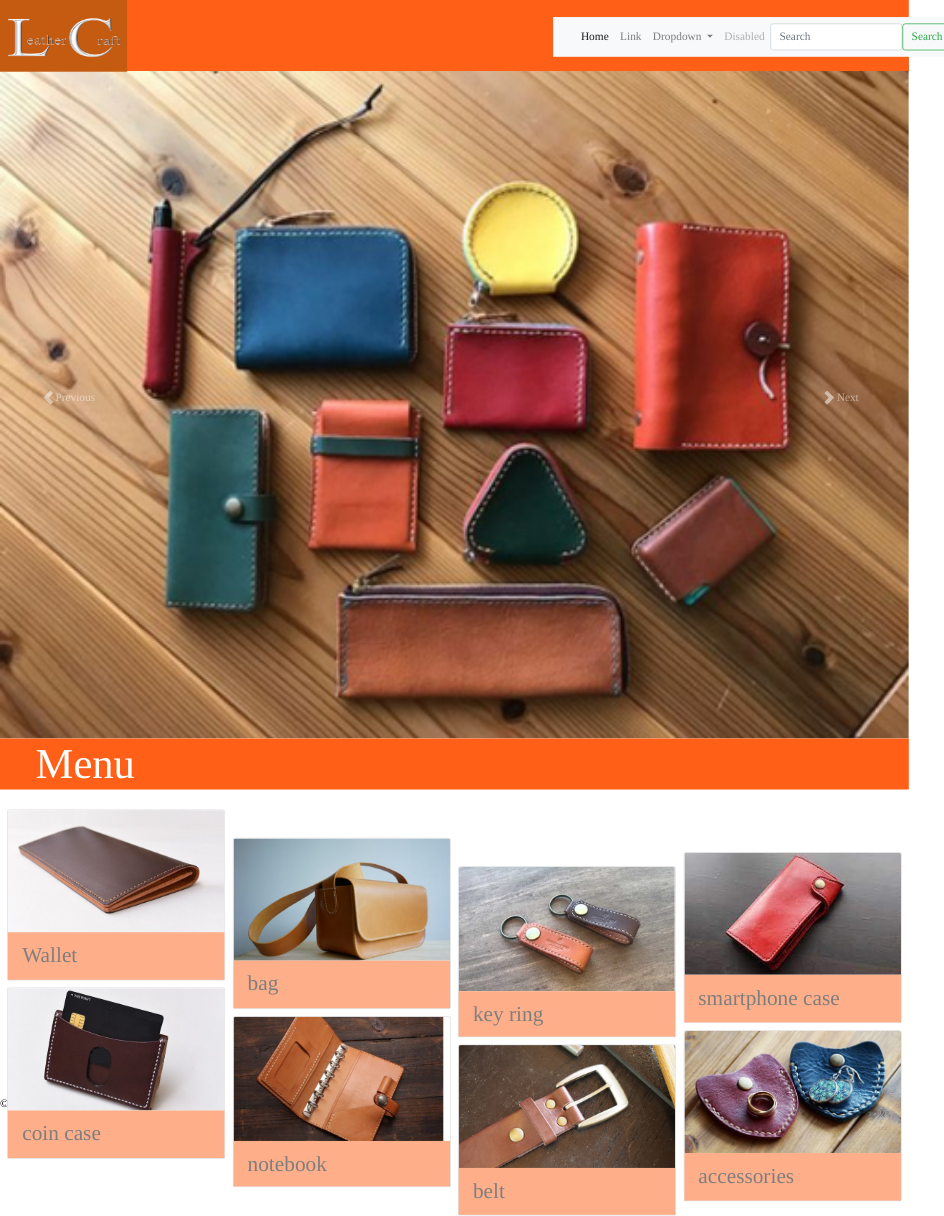
Repository: Ossan-gon/leatercraft
Page: index/indexx.html
The author's editor kept a record of every edit. The page is drawn from the files as they stood at one moment, then again after the next edit.
The browser window is 1280 px wide. The page is 1330 px wide, so the pictures cover 1330 px, including what lies to the right of the window. The pictures show the whole page, at 71% of full size.
Some web libraries are served in a nearby version.

Above is the page before.

### index/indexx.html
<!DOCTYPE html>
<html lang="ja">
<head>
    <meta charset="UTF-8">
    <meta name="viewport" content="width=device-width, initial-scale=1.0">
    <meta http-equiv="X-UA-Compatible" content="ie=edge">
    <title>leathercraft</title>
    <link rel="stylesheet" href="https://stackpath.bootstrapcdn.com/bootstrap/4.2.1/css/bootstrap.min.css" integrity="sha384-GJzZqFGwb1QTTN6wy59ffF1BuGJpLSa9DkKMp0DgiMDm4iYMj70gZWKYbI706tWS" crossorigin="anonymous">
    <link rel="stylesheet" href="./../stylesheet/style.css">
</head>
<body>
    <header id="h_r">
        <img class="h_l" src="./../images/logo.png"></img>  <nav class="h_n" class="navbar navbar-expand-lg navbar-light bg-light">
  　     <nav class="navbar navbar-expand-lg navbar-light bg-light">
           <div class="container-fluid">
            <button class="navbar-toggler" type="button" data-bs-toggle="collapse" data-bs-target="#navbarSupportedContent" aria-controls="navbarSupportedContent" aria-expanded="false" aria-label="Toggle navigation">
              <span class="navbar-toggler-icon"></span>
            </button>
           <div class="collapse navbar-collapse" id="navbarSupportedContent">
           <ul class="navbar-nav me-auto mb-2 mb-lg-0">
            <li class="nav-item">
             <a class="nav-link active" aria-current="page" href="#">Home</a>
            </li>
            <li class="nav-item">
             <a class="nav-link" href="#">Link</a>
            </li>
            <li class="nav-item dropdown">
              <a class="nav-link dropdown-toggle" href="#" id="navbarDropdown" role="button" data-bs-toggle="dropdown" aria-expanded="false">
              Dropdown
              </a>
             <ul class="dropdown-menu" aria-labelledby="navbarDropdown">
               <li><a class="dropdown-item" href="#">Action</a></li>
               <li><a class="dropdown-item" href="#">Another action</a></li>
               <li><hr class="dropdown-divider"></li>
               <li><a class="dropdown-item" href="#">Something else here</a></li>
            </ul>
            </li>
            <li class="nav-item">
             <a class="nav-link disabled" href="#" tabindex="-1" aria-disabled="true">Disabled</a>
            </li>
           </ul>
           <form class="d-flex">
            <input class="form-control me-2" type="search" placeholder="Search" aria-label="Search">
            <button class="btn btn-outline-success" type="submit">Search</button>
           </form>
          </div>
          </div>
        </nav>
    </header>
    <div id="carouselExampleFade" class="carousel slide carousel-fade" class="slide" data-bs-ride="carousel">
         <div class="carousel-inner">
            <div class="carousel-item active">
              <img src="./../images/leather_1.png" class="d-block w-100" alt="leather1">
            </div>
            <div class="carousel-item">
              <img src="./../images/leather_2.png" class="d-block w-100" alt="leather2">
            </div>
            <div class="carousel-item">
              <img src="./../images/leather_3.png" class="d-block w-100" alt="leather3">
            </div>
         </div>
            <a class="carousel-control-prev" href="#carouselExampleFade" role="button" data-bs-slide="prev">
            <span class="carousel-control-prev-icon" aria-hidden="true"></span>
            <span class="visually-hidden">Previous</span>
            </a>
            <a class="carousel-control-next" href="#carouselExampleFade" role="button" data-bs-slide="next">
            <span class="carousel-control-next-icon" aria-hidden="true"></span>
            <span class="visually-hidden">Next</span>
            </a>
    </div>
    <section id="menu">
        <div class="m_h">
            <h1>Menu</h1>
        </div>
        <div id="card_set">
            <div class="card" style="width: 18rem;">
              <img src="./../images/wallet.png" class="card-img-top" alt="wallet">
              <div class="card-body">
                <p class="card-text">Wallet</p>
              </div>
            </div>
            <div class="card" style="width: 18rem;">
              <img src="./../images/bag.png" class="card-img-top" alt="bag">
              <div class="card-body">
                <p class="card-text">bag</p>
              </div>
            </div>
            <div class="card" style="width: 18rem;">
              <img src="./../images/keyring.png" class="card-img-top" alt="key_ring">
              <div class="card-body">
                <p class="card-text">key ring</p>
              </div>
            </div>
            <div class="card" style="width: 18rem;">
              <img src="./../images/smartphonecase.png" class="card-img-top" alt="smartphone_case">
              <div class="card-body">
                <p class="card-text">smartphone case</p>
              </div>
            </div>
            <div class="card" style="width: 18rem;">
              <img src="./../images/coincase.png" class="card-img-top" alt="coin_case">
              <div class="card-body">
                <p class="card-text">coin case</p>
              </div>
            </div>
            <div class="card" style="width: 18rem;">
              <img src="./../images/notebook.png" class="card-img-top" alt="notebook">
              <div class="card-body">
                <p class="card-text">notebook</p>
              </div>
            </div>
            <div class="card" style="width: 18rem;">
              <img src="./../images/belt.png" class="card-img-top" alt="belt">
              <div class="card-body">
                <p class="card-text">belt</p>
              </div>
            </div>
            <div class="card" style="width: 18rem;">
              <img src="./../images/accessories.png" class="card-img-top" alt="accessories">
              <div class="card-body">
                <p class="card-text">accessories</p>
              </div>
            </div>
        </div>
    </section>
    <footer id="footer">
        <p>&copy; LeatherCraft</p>
    </footer>
    <script src="https://cdn.jsdelivr.net/npm/@popperjs/core@2.5.4/dist/umd/popper.min.js" integrity="sha384-q2kxQ16AaE6UbzuKqyBE9/u/KzioAlnx2maXQHiDX9d4/zp8Ok3f+M7DPm+Ib6IU" crossorigin="anonymous"></script>
    <script src="https://cdn.jsdelivr.net/npm/bootstrap@5.0.0-beta1/dist/js/bootstrap.min.js" integrity="sha384-pQQkAEnwaBkjpqZ8RU1fF1AKtTcHJwFl3pblpTlHXybJjHpMYo79HY3hIi4NKxyj" crossorigin="anonymous"></script>
    <script src="./../script/script.js"></script>
</body>
</html>

### stylesheet/style.css
@charset "UTF-8";

/*----------------------html------------------------------*/
html {
    /*==============スクロールの記述=========================*/
    scroll-behavior  : smooth;
}

/*----------------------body------------------------------*/
body {
    margin           : 0;
    padding          : 0;
    font-family      : "Times","helvetica neue", "YuGothic", "ヒラギノ角ゴ pron w3", "Hiragino Kaku Gothic ProN", "Arial", "メイリオ", "Meiryo", "sans-serif";
    font-size        : 1rem;
    line-height      : 150%;
    color            : #000;
    background       : #fff;
}

#h_r {
    position         : fixed;
    background-color : #ff5f17;
    height           : 100px;
    width            : 100%;
    z-index          : 500;
    display          : flex;
}

.h_l {
    width            : 14vw;
    height           : 14vh;
}

#h_r nav {
    position         : relative;
    left             : 300px;
}
/*-----------------------slide----------------------------*/
.slide {
    position         : relative;
    top              : 80px;
}

/*----------------------Menu-------------------------------*/
#menu {
    position         : relative;
    top              : 100px;
}

.m_h {
    background       : #ff5f17;
    position         : relative;
    top              : -20px;
}

.m_h  h1 {
    position         : relative;
    left             : 50px;
    color            : #fff;
    font-size        : 60px;
}
/*-----------------------------card----------------------*/
#card_set {
    display: flex;
    flex-wrap: wrap;
    justify-content: space-evenly;

}

.card {
    flex-basis       : 24%;
    margin-bottom    : 10px;
}

.card:nth-child(2), .card:nth-child(6) {
    top              : 40px;
}

.card:nth-child(3), .card:nth-child(7) {
    top              : 80px;
}

.card:nth-child(4), .card:nth-child(8) {
    top              : 60px;
}

.card-body {
    background       : #ff5f17;
    opacity          : 0.5;
}

.card-text {
    font-size        : 30px;
}

Loaded but not shown: script/script.js (no stored copy; drawn as an empty file)

After the next edit:
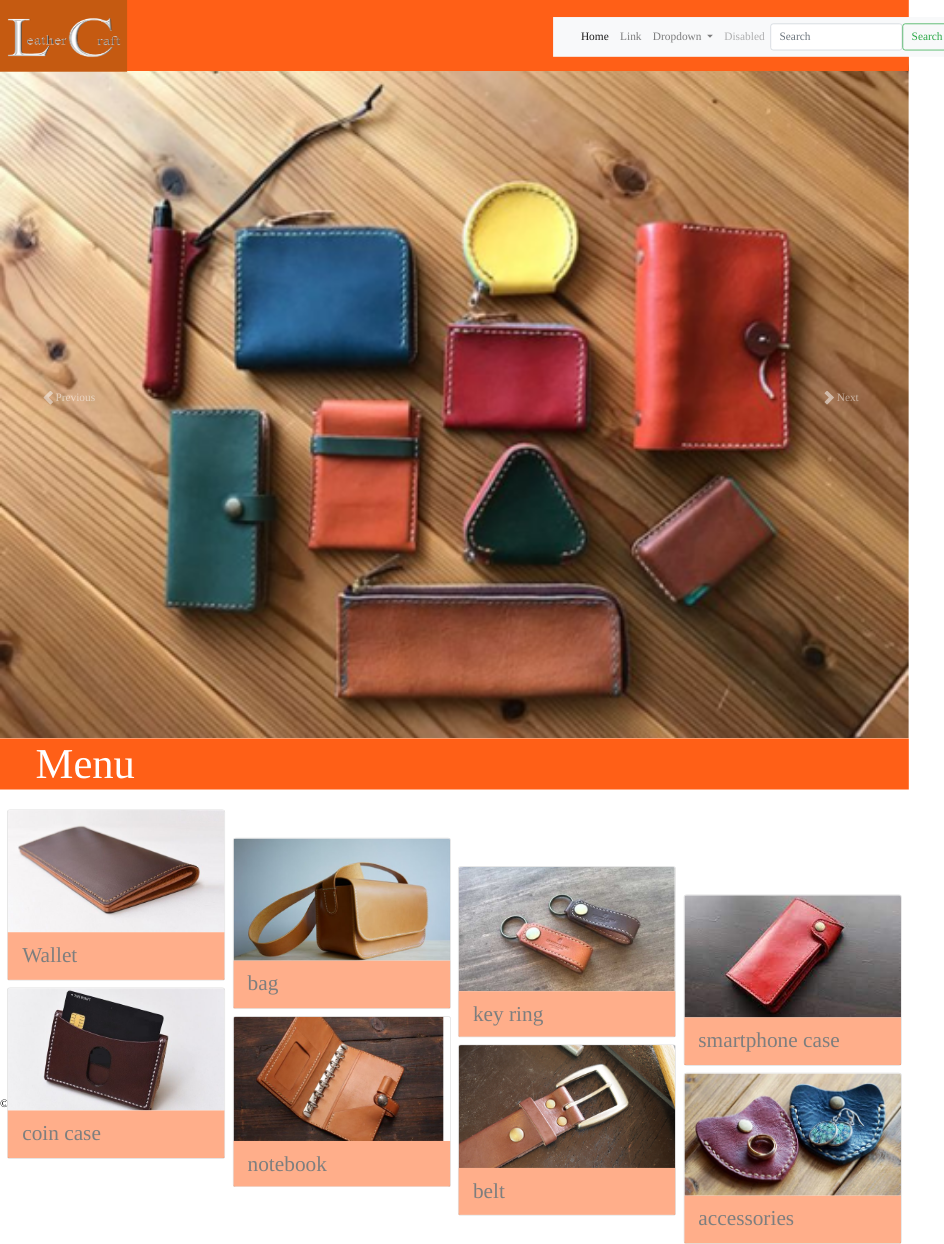
The edit:
--- a/stylesheet/style.css
+++ b/stylesheet/style.css
@@ -81,7 +81,7 @@
 }
 
 .card:nth-child(4), .card:nth-child(8) {
-    top              : 60px;
+    top              : 120px;
 }
 
 .card-body {
